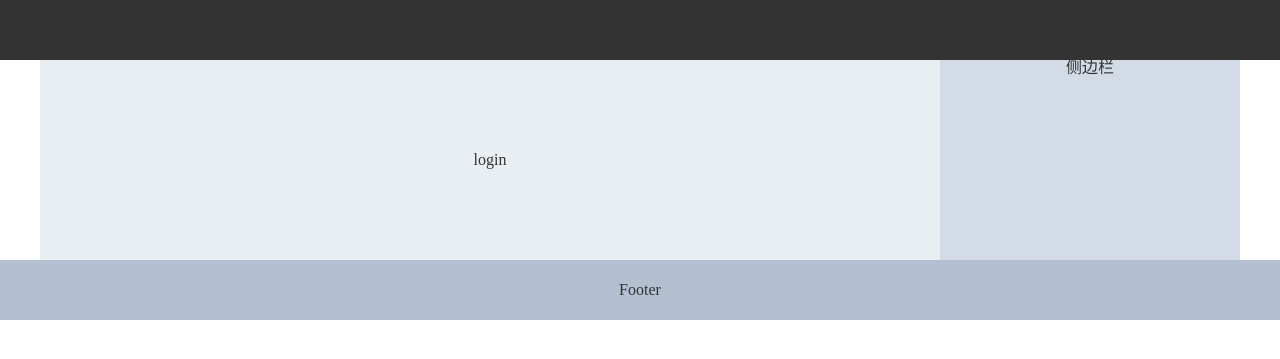
Repository: Trayvon21/cnode
Page: /login
An editor plug-in stored every save of this project. The page is shown before and after the next save, followed by the edit.
The browser window is 1280 px wide. The pictures show the whole page.
The project was rebuilt for these pictures with package versions that can differ from the ones it lists, and the page was loaded fresh each time. Also part of the build but not shown: vue.config.js.

Above is the page before, as saved 2019-12-16 13:45:18.

After the next save:
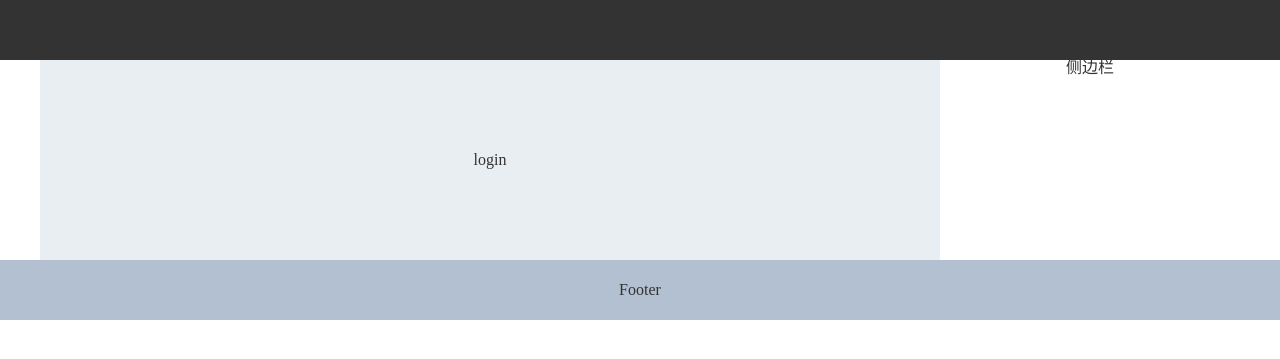
Saved 115 s later.
--- a/src/views/Home.vue
+++ b/src/views/Home.vue
@@ -45,7 +45,6 @@ export default {
   line-height: 160px;
 }
 .el-aside {
-  background-color: #d3dce6;
   color: #333;
   text-align: center;
   width: 270px;
